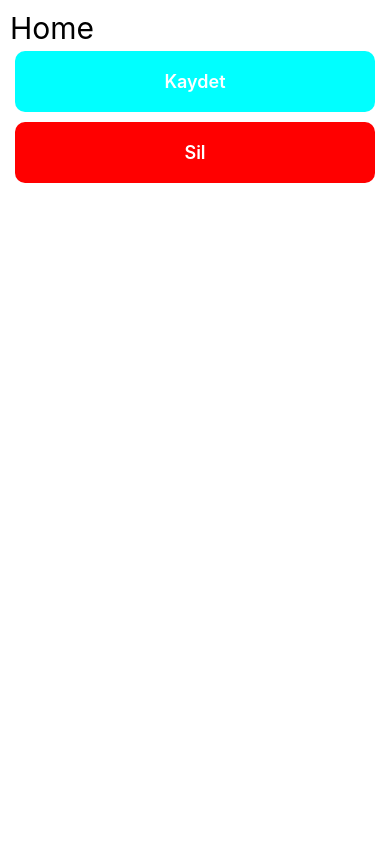
Repository: Kubraaygun/ReactNativeMVVM
Screen: /
These files come from the project's save history. The screen is drawn as it stood at one moment and after the next save; the edit follows.
The app was drawn by React Native's web renderer in a window 390 px wide. The project was rebuilt for these pictures with package versions that can differ from the ones it lists, and the page was loaded fresh each time.

Above is the screen before, as saved 2024-12-12 01:19:19.

After the next save:
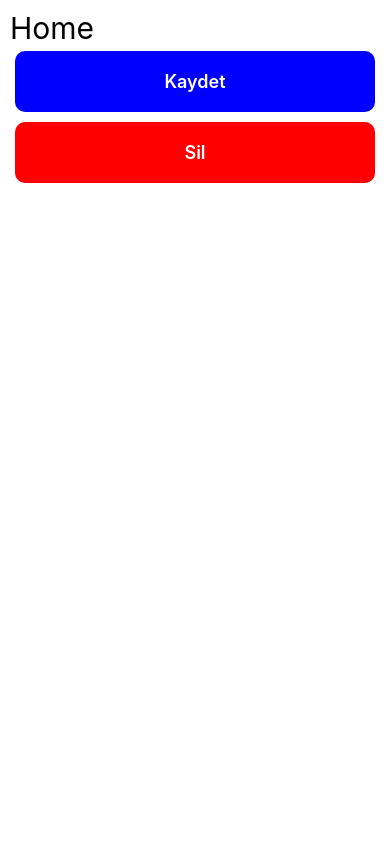
Saved 7 s later.
--- a/src/components/ui/button.jsx
+++ b/src/components/ui/button.jsx
@@ -29,7 +29,7 @@ const styles = StyleSheet.create({
   },
 
   success: {
-    backgroundColor: 'aqua',
+    backgroundColor: 'blue',
   },
   error: {
     backgroundColor: 'red',
